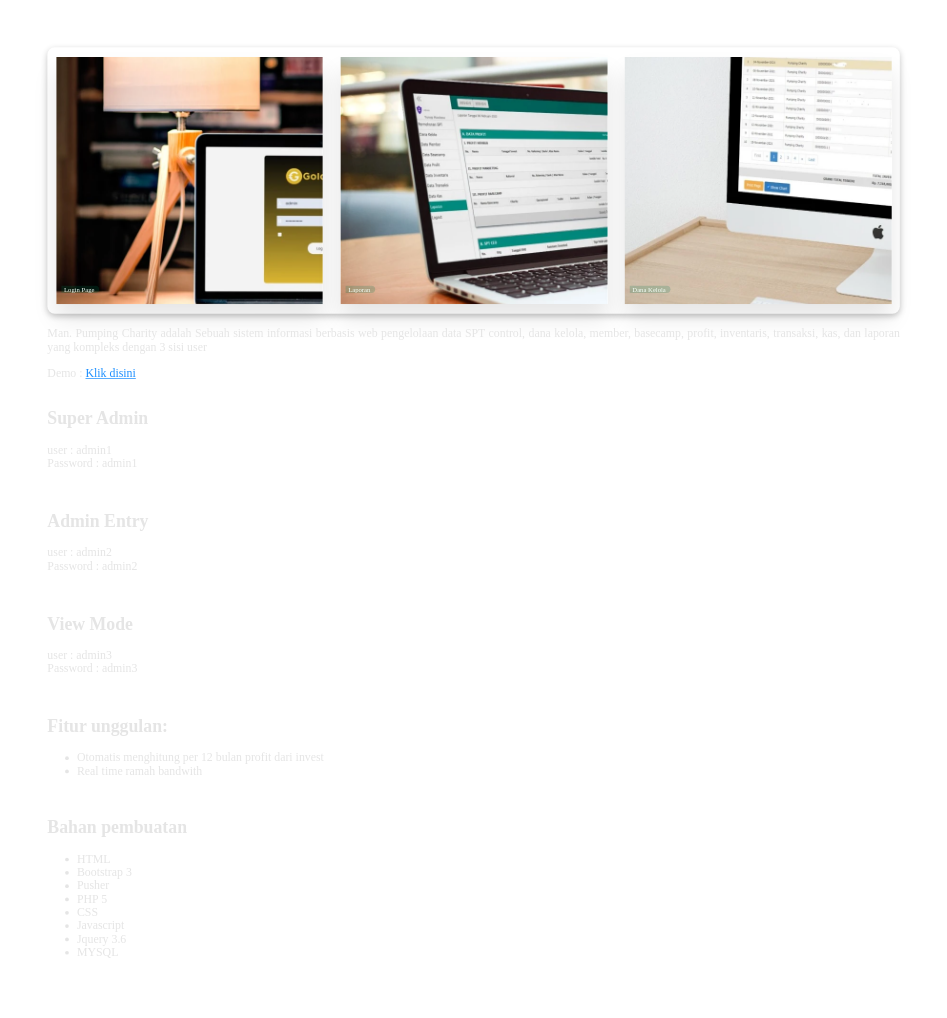
Repository: yusup-maulana/yusup-maulana.github.io
Page: portofolio-manpumping.html
The author's editor kept a copy of each file at every save. The page is drawn from the files as they stood at one save, then again after the next save.
The browser window is 1280 px wide. The pictures show the whole page, at 74% of full size.
Some web fonts or font styles are not loaded; a fallback is used.

Above is the page before, as saved 2023-02-06 13:10:31.

After the next save:
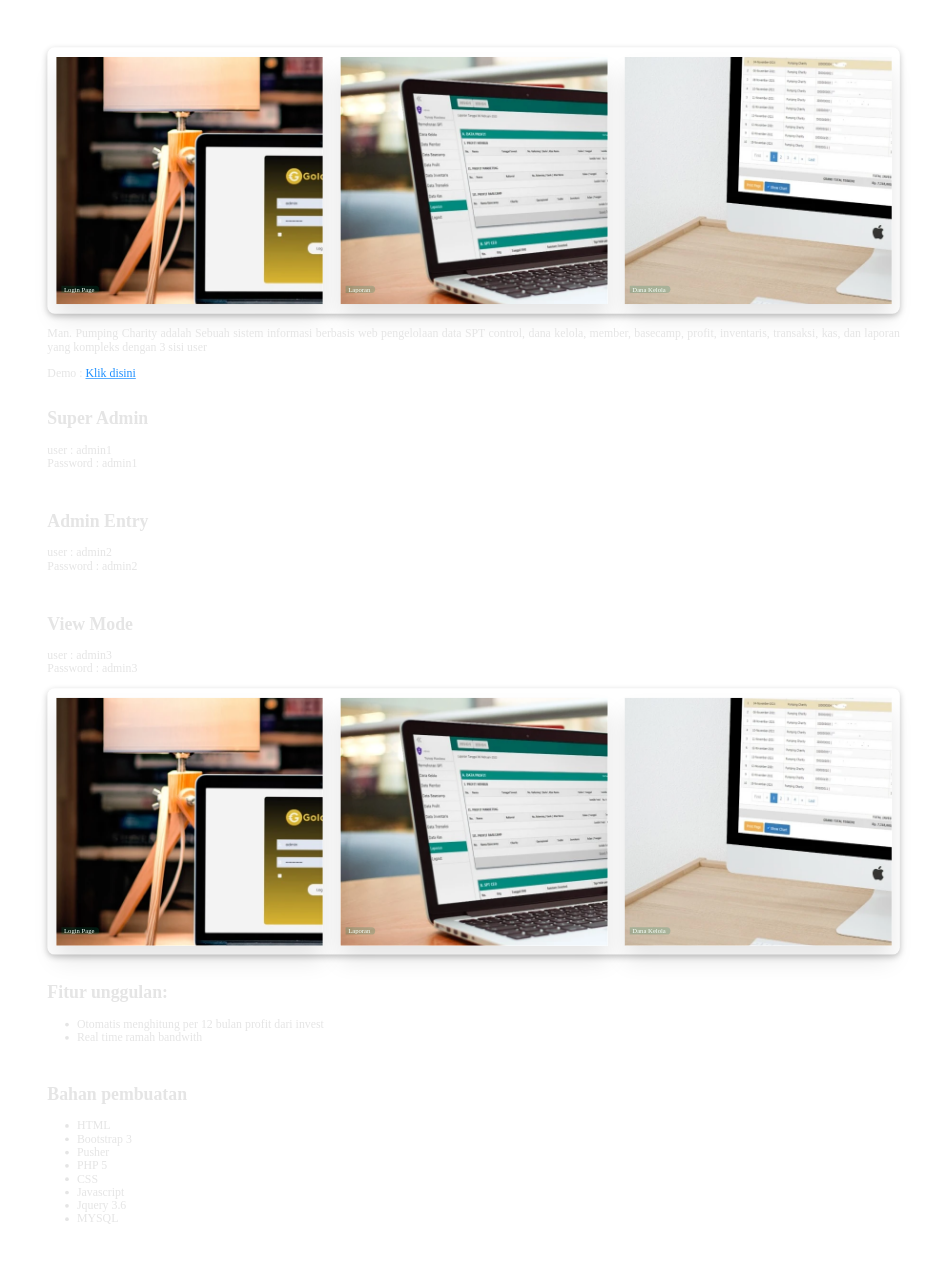
Saved 16 s later.
--- a/portofolio-manpumping.html
+++ b/portofolio-manpumping.html
@@ -131,7 +131,23 @@
     <h2>View Mode</h2>
     user : admin3<br>
     Password : admin3 <br>
-    <br><br>
+    <br>
+    <div class="container-wisata">
+        <div class="boxwisata">
+            <img alt="Curug Cipalasari" src="IMG/pumpingcharity/man.pumpingc1.webp" />
+            <span>Login Page</span>
+        </div>
+        <div class="boxwisata">
+            <img alt="Curug Cipalasari" src="IMG/pumpingcharity/man.pumpingc2.webp" />
+            <span>Laporan</span>
+        </div>
+        <div class="boxwisata">
+            <img alt="Curug Cipalasari" src="IMG/pumpingcharity/man.pumpingc3.webp" />
+            <span>Dana Kelola</span>
+        </div>
+    </div>
+    <br>
+
     <h2>Fitur unggulan:</h2>
     <ul>
 
